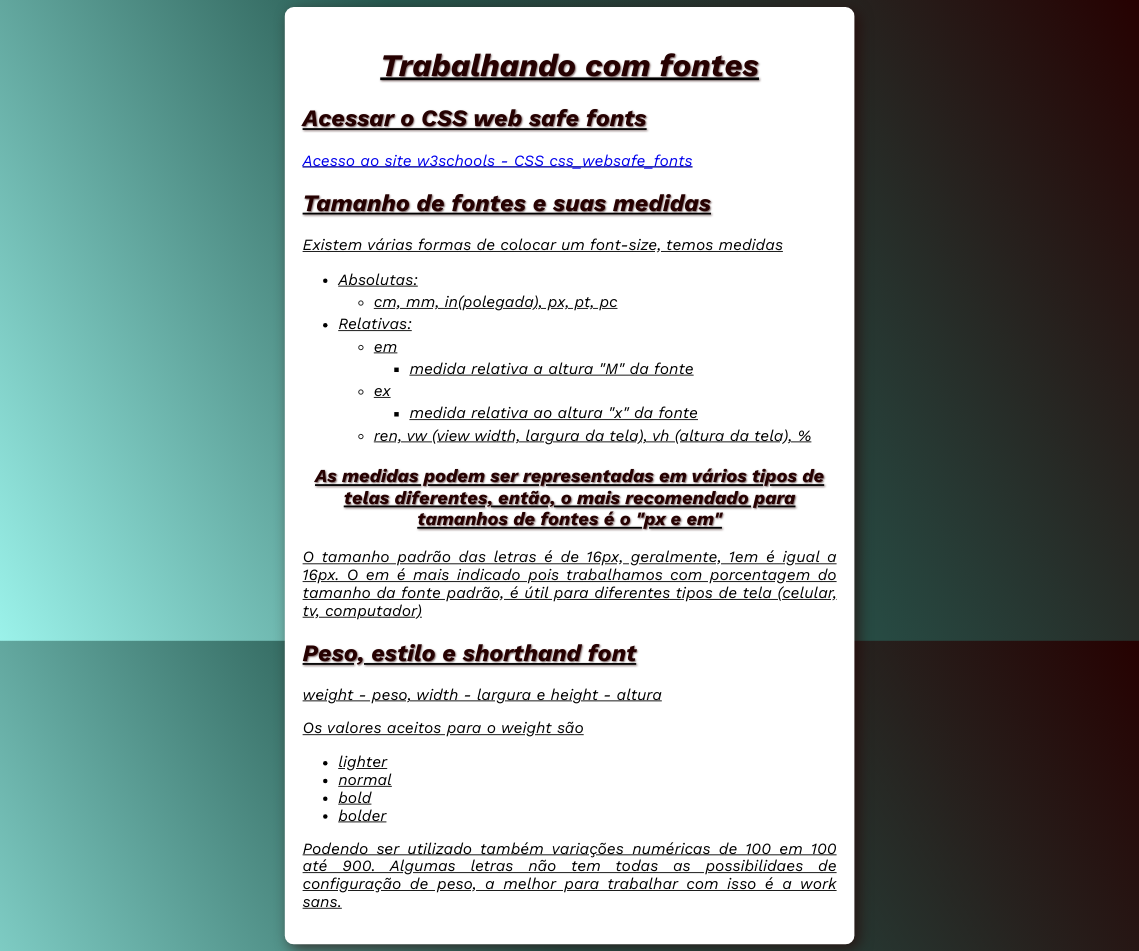
Repository: Willcmorais/vscode-workspace
Page: html-css/curso-em-video/modulo02/estudos/ex022-trab-fontes/fontes.html
The author's editor kept a copy of each file at every save. The page is drawn from the files as they stood at one save, then again after a run of saves.
The browser window is 1280 px wide. The pictures show the whole page, at 89% of full size.
Backgrounds fixed to the window are drawn as part of the page.

Above is the page before, as saved 2024-09-18 21:19:20.

After the next 14 saves:
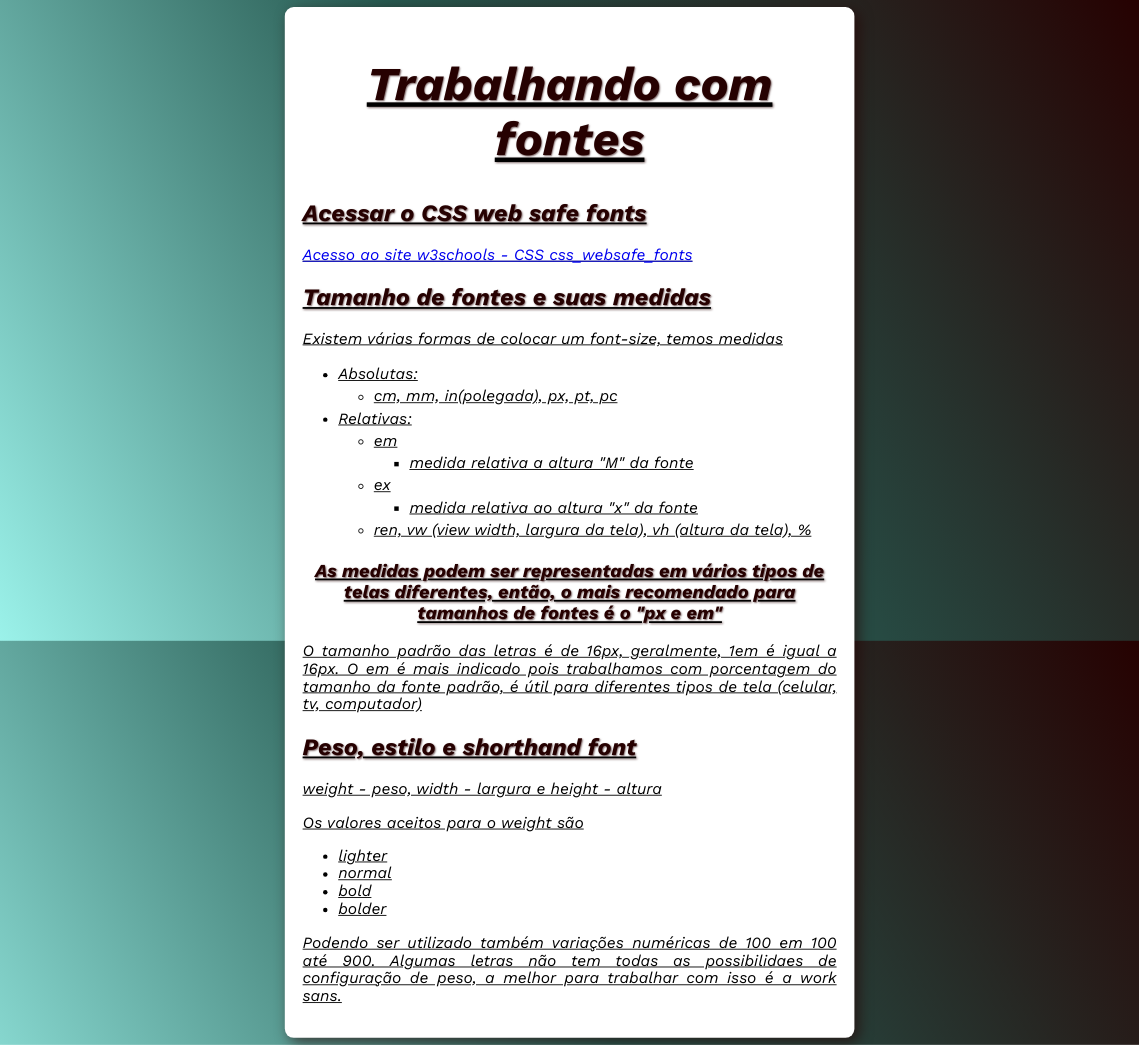
The 14 saves are shown as one change because they came seconds apart.
The last was saved 21 s later.
--- a/html-css/curso-em-video/modulo02/estudos/ex022-trab-fontes/fontes.html
+++ b/html-css/curso-em-video/modulo02/estudos/ex022-trab-fontes/fontes.html
@@ -21,9 +21,9 @@
 
         h1 {
             font-family: 'Work Sans';
-            font-weight: 3em;
-            font-size: italic;
-
+            font-weight: bolder;
+            font-size: 3em;
+            font-style: italic;
         }
 
         div {
